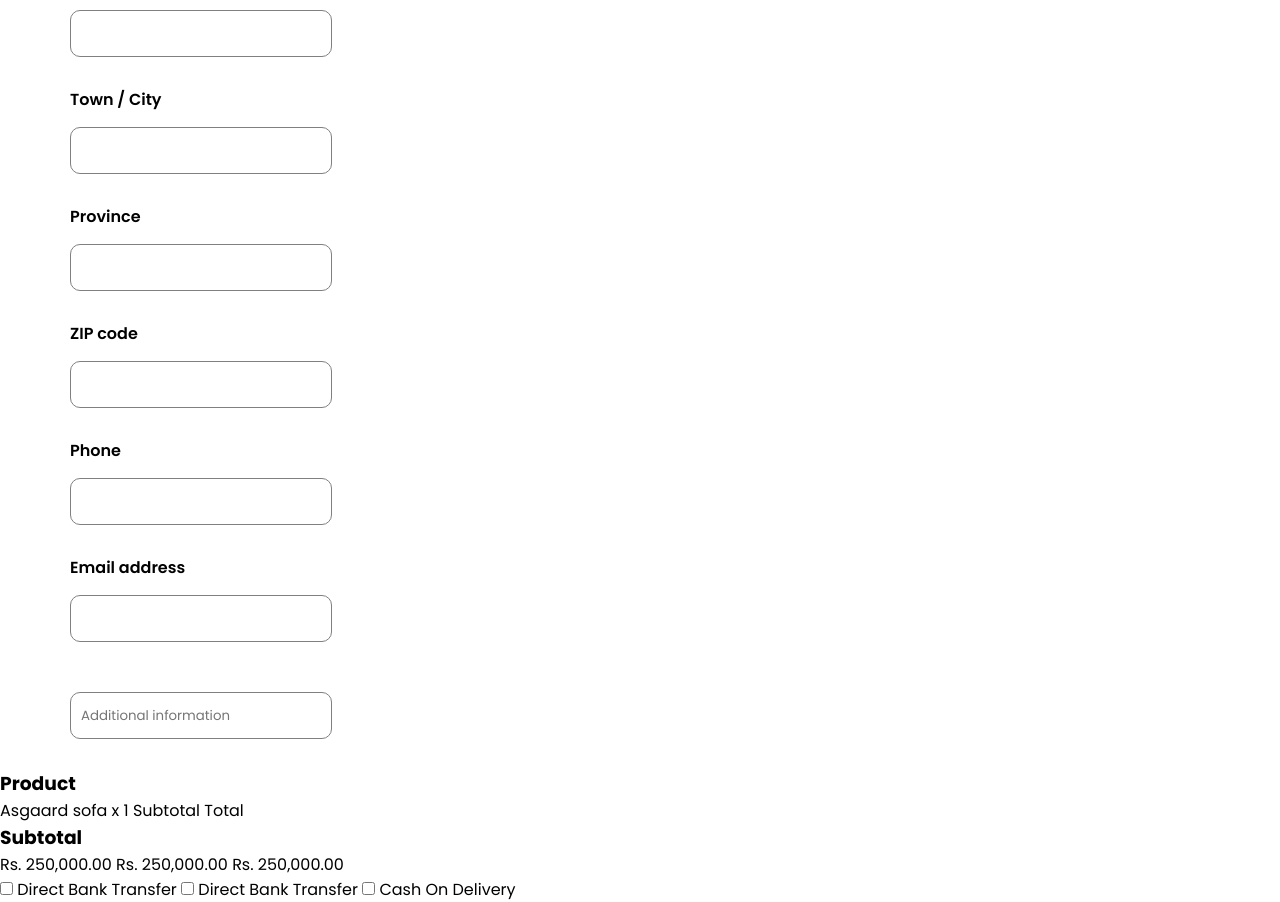
Repository: DT2301/project
Page: checkout.html
An editor plug-in stored every save of this project. The page is shown before and after the next save, followed by the edit.
The browser window is 1280 px wide. The pictures show the part of the page from y = 852 to 1804 px (the page is 1754 px tall before and 1804 px after).
A picture or video elsewhere on the page could not be fetched, so the positions and the page height are approximate.

Above is the page before, as saved 2024-01-08 09:58:41.

After the next save:
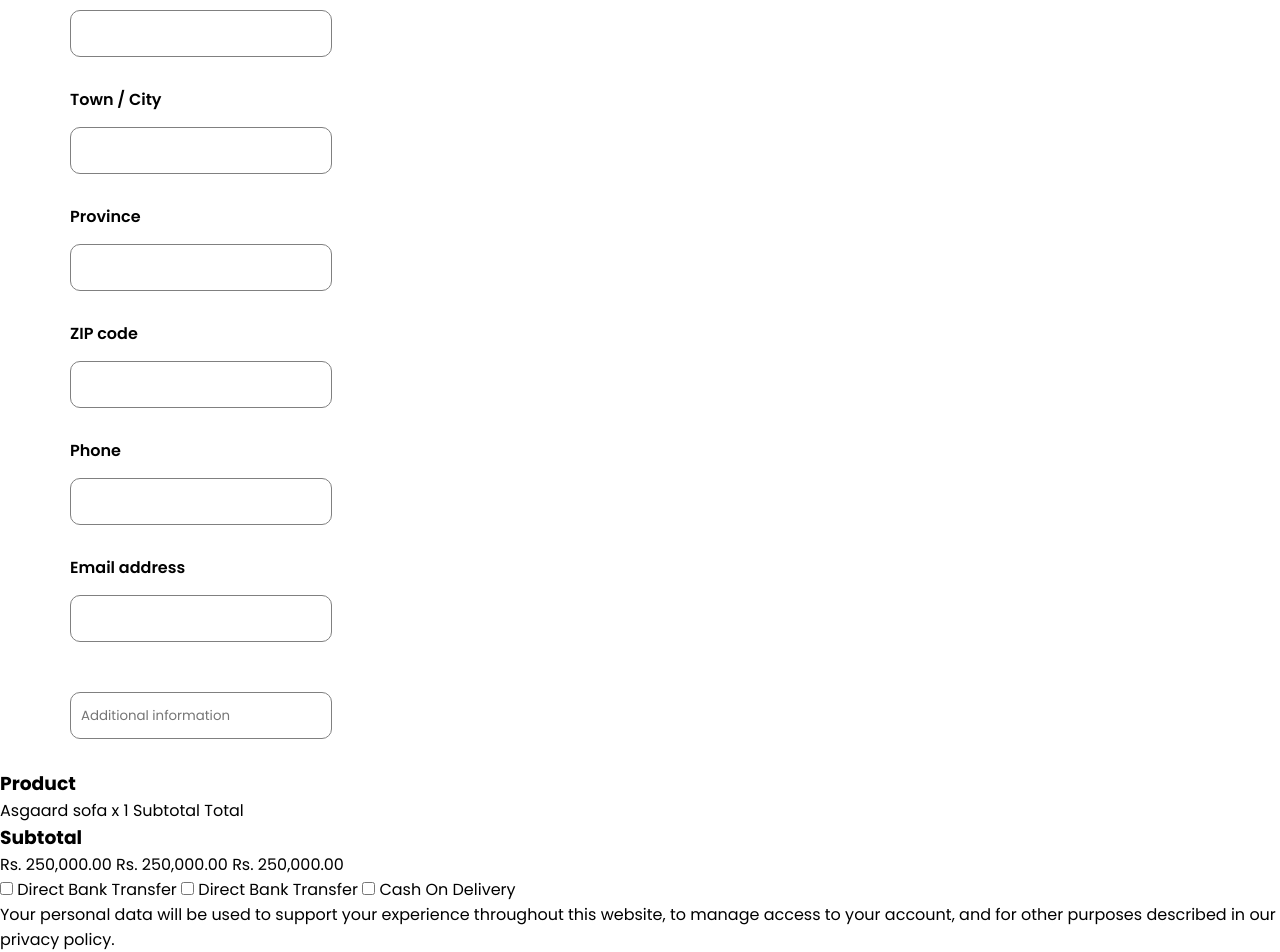
Saved 8 min 1 s later.
--- a/checkout.html
+++ b/checkout.html
@@ -156,6 +156,7 @@
                     <label>Cash On Delivery</label>
                 </span>
             </div>
+            <p>Your personal data will be used to support your experience throughout this website, to manage access to your account, and for other purposes described in our privacy policy.</p>
         </div>
     </main>
 </body>
